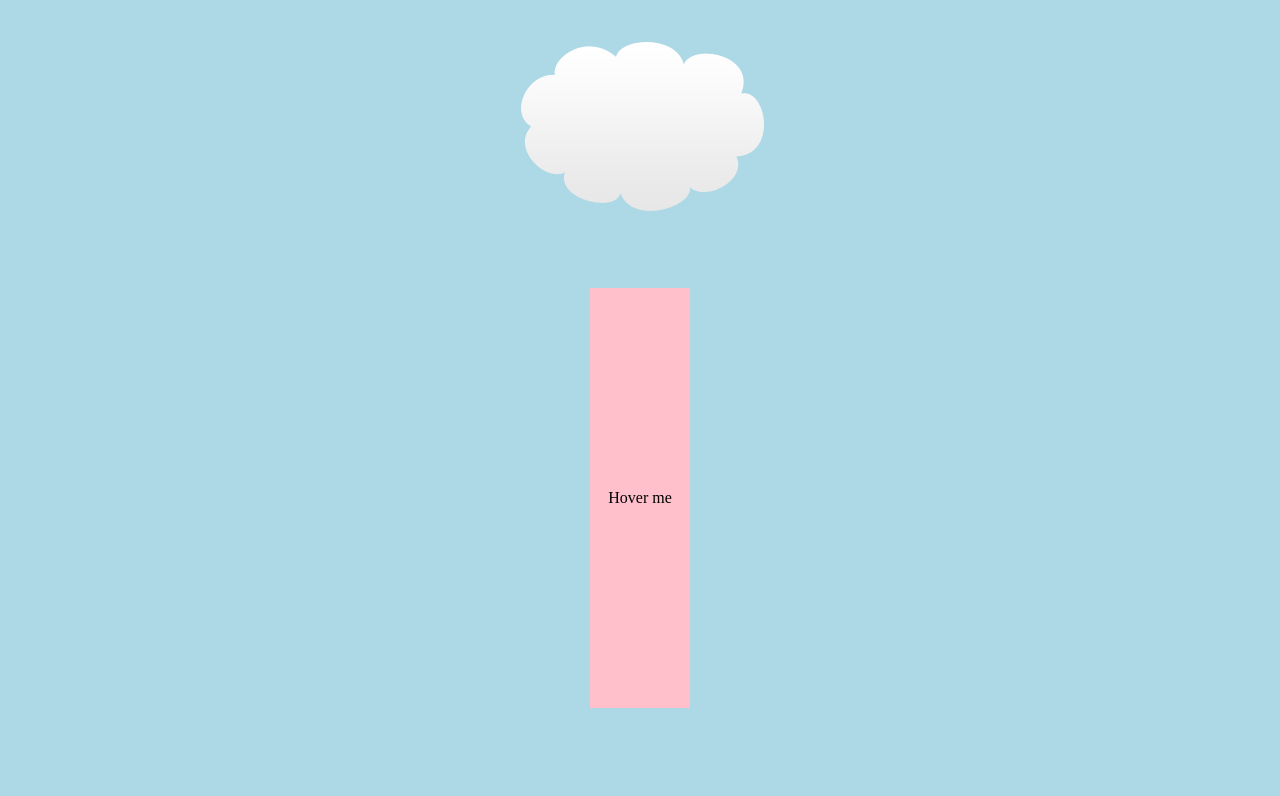
Repository: RemModz/Animacja-Mario
Page: index.html
An editor plug-in stored every save of this project. The page is shown before and after the next save, followed by the edit.
The browser window is 1280 px wide. The pictures show the whole page.

Above is the page before, as saved 2018-11-08 18:42:59.

### index.html
<!DOCTYPE html>
<head>
  <title>Basket Example</title>
  <link href="style.css" rel="stylesheet" type="text/css">
</head>
<body>
  <div class="wrapper">
      <img src="mario-examples/img/cloud.png">
      <div class="circle">Hover me</div>
  </div>
</body>

### style.css
body {
  background: lightblue;
  text-align: center;
}

.wrapper{
  width: 100%;
  padding: 20px;
  box-sizing: border-box;
}
img {
  transform: rotate
}

.circle {
  width: 100px;
  padding: 50px 0;
  line-height: 20;
  margin: 60px auto;
  background: pink
}

After the next save:
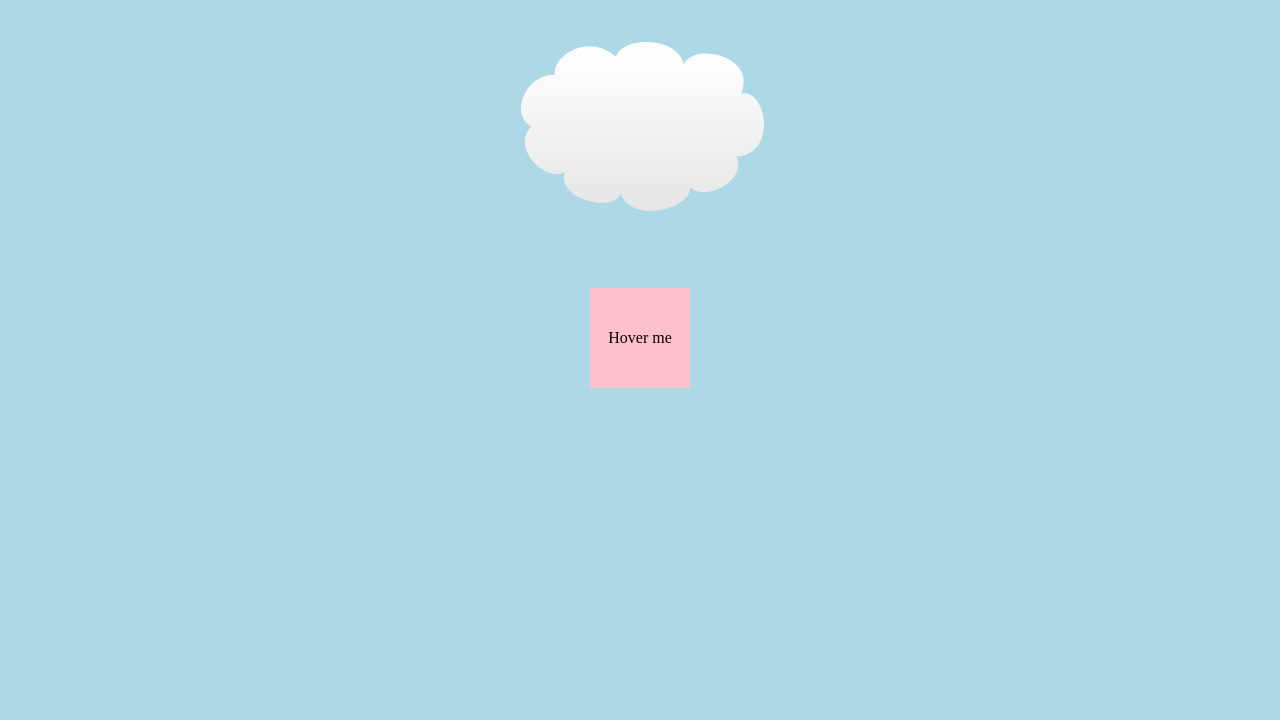
Saved 11 s later.
--- a/style.css
+++ b/style.css
@@ -15,7 +15,7 @@
 .circle {
   width: 100px;
   padding: 50px 0;
-  line-height: 20;
+  line-height: 0;
   margin: 60px auto;
   background: pink
 }
